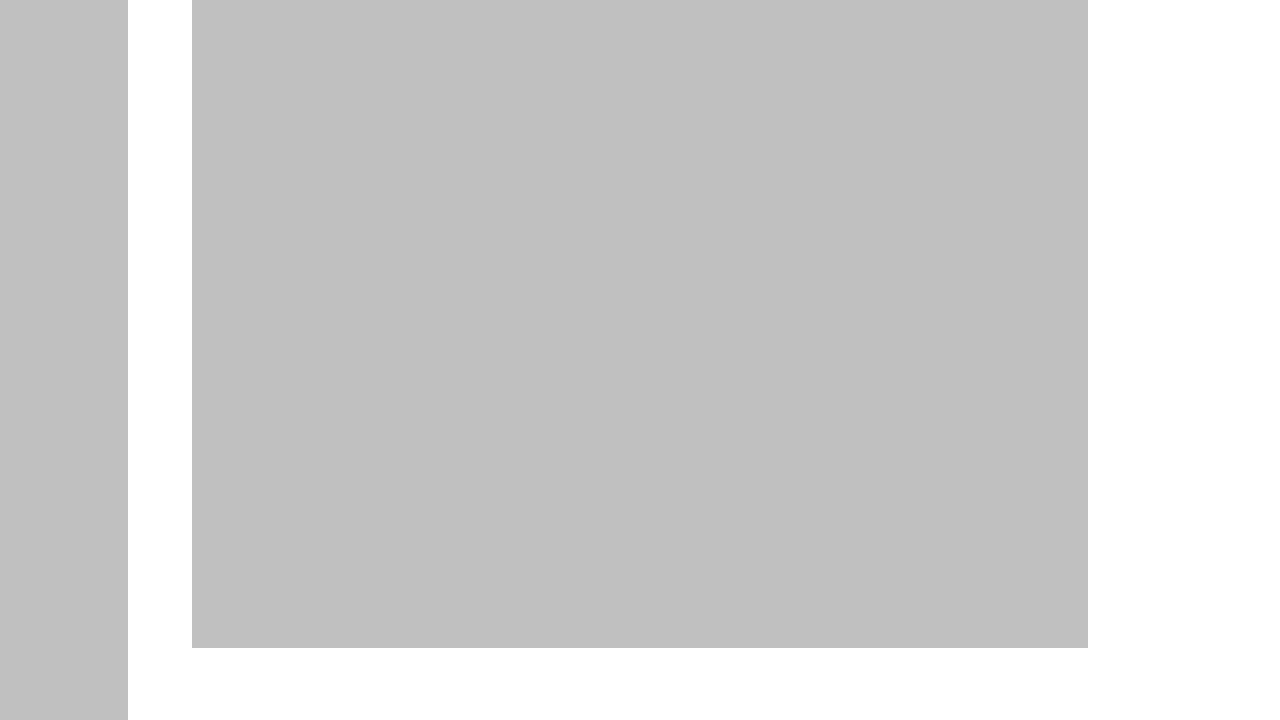
Repository: OrionDevelopers/projectwall
Page: http://localhost/slidePresenter.php
These files come from the project's save history. The page is drawn as it stood at one moment and after the next save; the edit follows.
The browser window is 1280 px wide. The pictures show the whole page.
The page is run by PHP 8.4 with error messages shown; the project is at /var/www/html/.

Above is the page before, as saved 2013-04-20 16:24:14.

### slidePresenterPrototype2/presenterPrototype2/slidePresenter.php
<!DOCTYPE html>
<html>
	<head>
		<title>Slide Presenter </title>
		<link href="css/slidePresenter.css" rel="stylesheet"/>
		<script src="js/kinetic-v4.4.1.js" type="text/javascript"></script>
		<script src="js/slidePresenter.js" type="text/javascript"></script>
	</head>
	<body>
		<div id='menuBar'></div>
		<div id='container'></div>
	</body>
</html>

### slidePresenterPrototype2/presenterPrototype2/css/slidePresenter.css
*{
	padding:0px;
	margin:0px;
}
body,html{
	height:100%;
	width:100%;
}
#menuBar{
	float:left;
	height:100%;
	width:10%;
	background-color: silver;
}
#container{
	height:90%;
	width:70%;

	margin-left:auto;
	margin-right:auto;
	background-color:silver;
}

Loaded but not shown: slidePresenterPrototype2/presenterPrototype2/js/kinetic-v4.4.1.js (library); slidePresenterPrototype2/presenterPrototype2/js/slidePresenter.js (no copy from this time; the picture is the same without it)

After the next save:
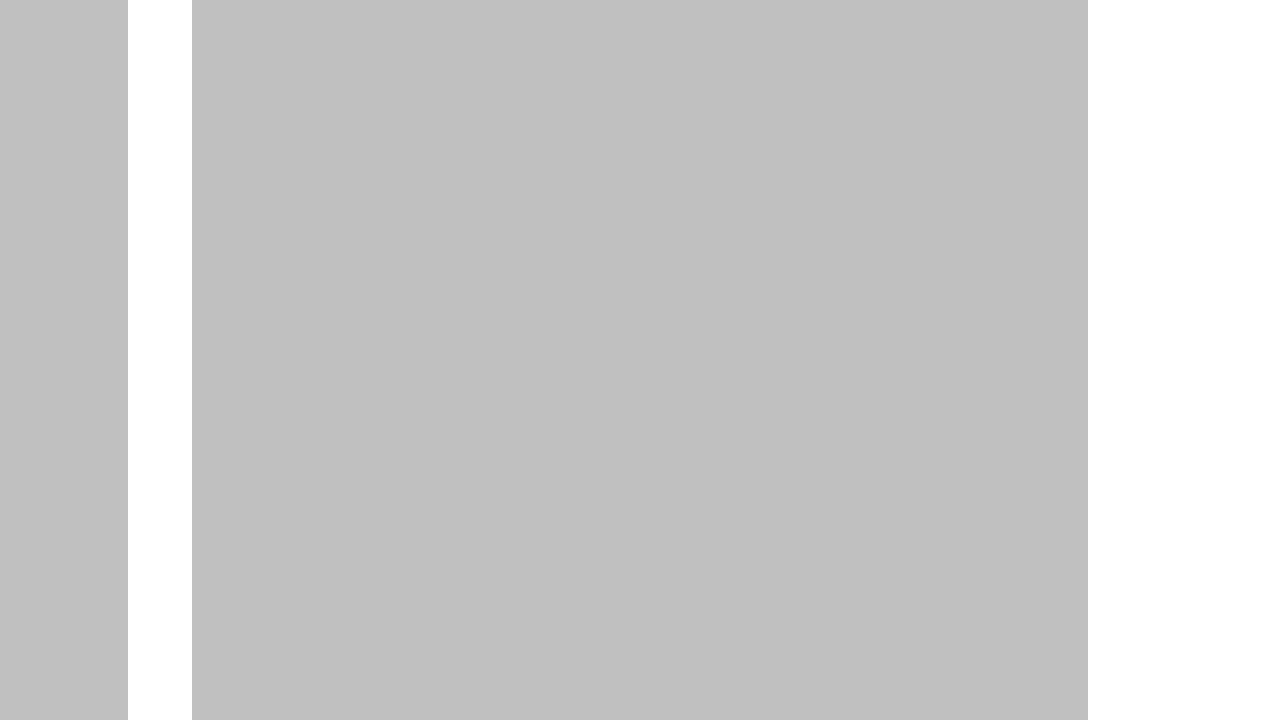
Saved 11 s later.
--- a/slidePresenterPrototype2/presenterPrototype2/css/slidePresenter.css
+++ b/slidePresenterPrototype2/presenterPrototype2/css/slidePresenter.css
@@ -13,7 +13,7 @@ body,html{
 	background-color: silver;
 }
 #container{
-	height:90%;
+	height:100%;
 	width:70%;
 
 	margin-left:auto;
